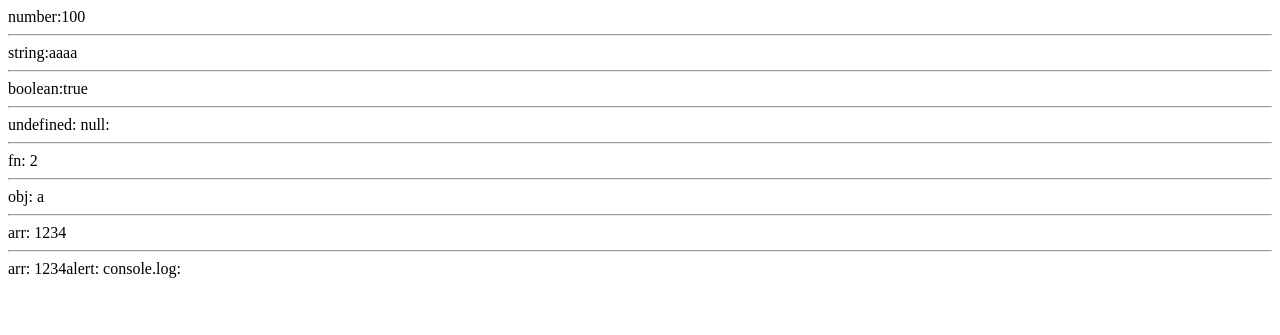
Repository: WanYouwen/react_study_code
Page: day01/01-基础/02-语法支持.html
An editor plug-in stored every save of this project. The page is shown before and after the next save, followed by the edit.
The browser window is 1280 px wide. The pictures show the whole page.

Above is the page before, as saved 2020-07-11 16:17:34.

After the next save:
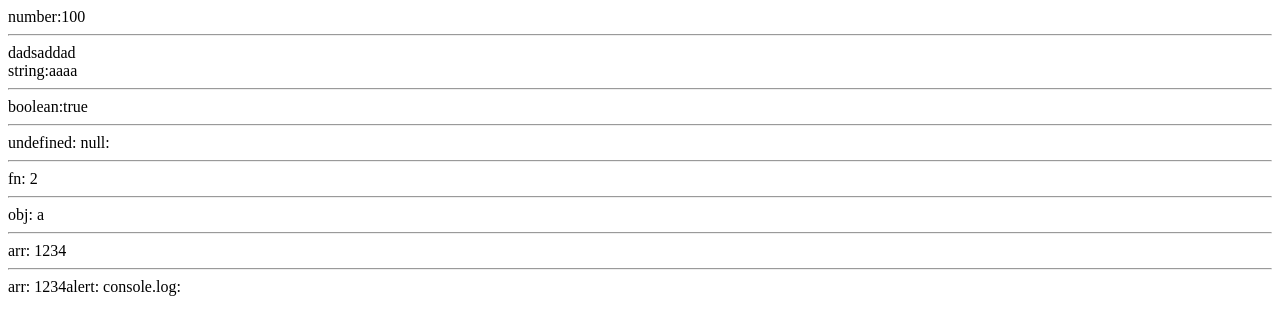
Saved 20 min 39 s later.
--- a/day01/01-基础/02-语法支持.html
+++ b/day01/01-基础/02-语法支持.html
@@ -58,6 +58,7 @@
           <div>
             number:{100}
             <hr />
+            <div>dadsaddad</div>
             string:{'aaaa'}
             <hr />
             boolean:{true ? 'true' : 'false'}
